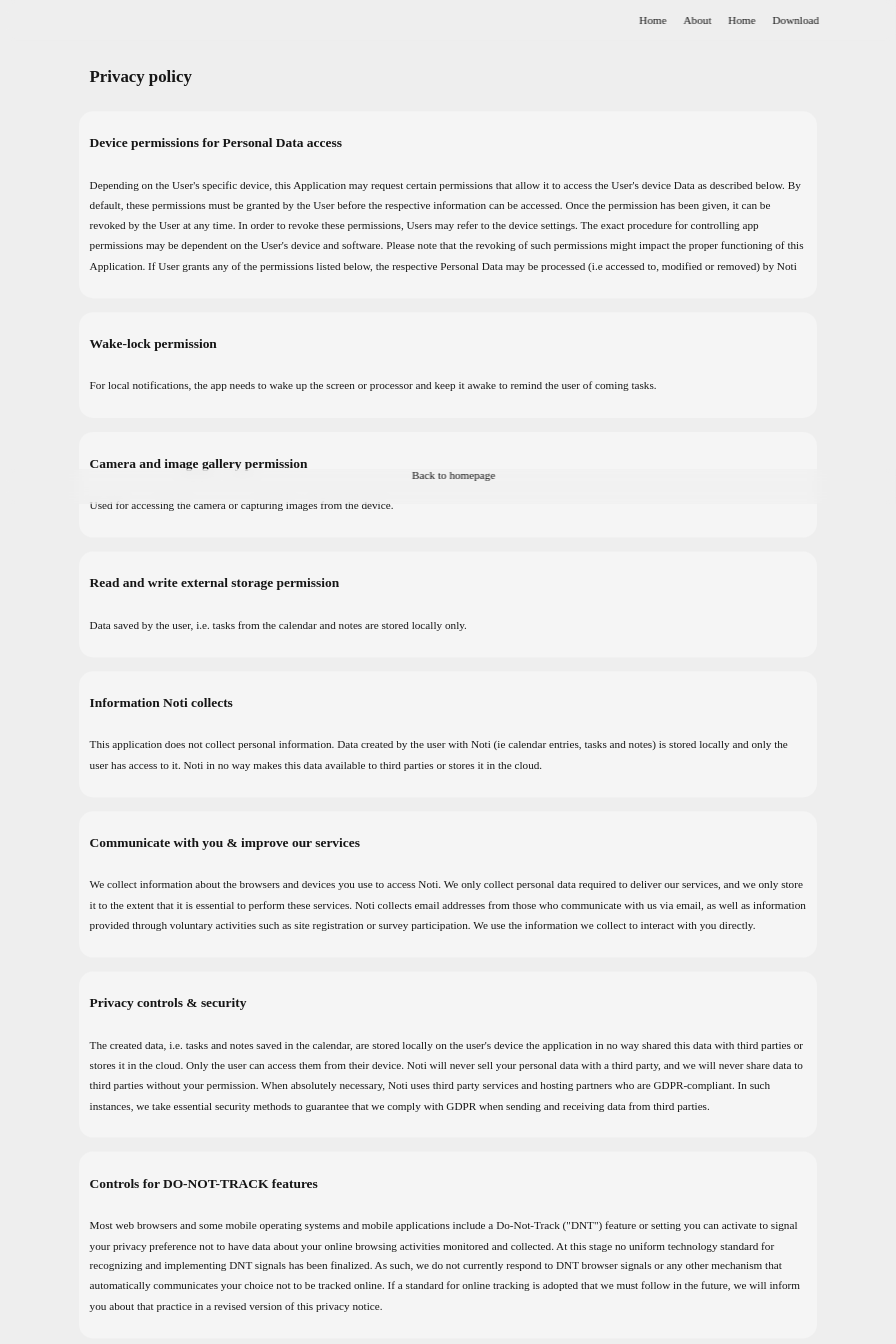
Repository: RafalSiuta/notiweb
Page: policy.html
The author's editor kept a copy of each file at every save. The page is drawn from the files as they stood at one save, then again after the next save.
The browser window is 1280 px wide. The pictures show the part of the page from y = 0 to 1920 px (the page is 3619 px tall before and 3583 px after), at 70% of full size.

Above is the page before, as saved 2024-12-15 03:34:26.

### policy.html
<!DOCTYPE html>
<!--[if lt IE 7]>      <html class="no-js lt-ie9 lt-ie8 lt-ie7"> <![endif]-->
<!--[if IE 7]>         <html class="no-js lt-ie9 lt-ie8"> <![endif]-->
<!--[if IE 8]>         <html class="no-js lt-ie9"> <![endif]-->
<!--[if gt IE 8]>      <html class="no-js"> <!--<![endif]-->
<html>
    <head>
        <meta charset="utf-8">
        <meta http-equiv="X-UA-Compatible" content="IE=edge">
        <title>Noti privacy policy</title>
        <link rel="icon" type="image/x-icon" href="/notiweb/images/favicon.ico">
        <meta name="Noti mobile app privacy policy" content="">
        <meta name="viewport" content="width=device-width, initial-scale=1">
        <!-- <link rel="stylesheet" href="/notiweb/styles/styles.css"> -->
        <link rel="stylesheet" href="/styles/styles.css">
    </head>
    <body>
        <nav>
            <ul>
                <li><a href="index.html">Home</a></li>
                <li><a href="index.html">About</a></li>
                <li><a href="index.html">Home</a></li>
                <li><a href="index.html">Download</a></li>
            </ul>
        </nav>

        <div class="main">
            <header>
                <h1>Privacy policy</h1>
            </header>

            <div class="item">

                <h3>Device permissions for Personal Data access</h3>
                <p>Depending on the User's specific device, this Application may request certain permissions that allow it to access the
                    User's device Data as described below.
                    By default, these permissions must be granted by the User before the respective information can be accessed. Once
                    the
                    permission has been given, it can be revoked by the User at any time. In order to revoke these permissions, Users
                    may
                    refer to the device settings.
                    The exact procedure for controlling app permissions may be dependent on the User's device and software.
                    Please note that the revoking of such permissions might impact the proper functioning of this Application.
                    If User grants any of the permissions listed below, the respective Personal Data may be processed (i.e accessed to,
                    modified or removed) by Noti</p>
            </div>
            <div class="item">
                <h3>Wake-lock permission</h3>
                <p>For local notifications, the app needs to wake up the screen or processor and keep it awake to remind the user of coming
                tasks.</p>
            </div>
            <div class="item">
                <h3>Camera and image gallery permission</h3>
                <p>Used for accessing the camera or capturing images from the device.</p>
            </div>
            <div class="item">
                <h3>Read and write external storage permission</h3>
                <p>Data saved by the user, i.e. tasks from the calendar and notes are stored locally only.</p>
            </div>
            <div class="item">
                <h3>Information Noti collects</h3>
                <p>This application does not collect personal information. Data created by the user with Noti (ie calendar entries,
                tasks
                and notes) is stored locally and only the user has access to it. Noti in no way makes this data available to third
                parties or stores it in the cloud.</p>
            </div>
            <div class="item">
                <h3>Communicate with you & improve our services</h3>
                <p>We collect information about the browsers and devices you use to access Noti.
                We only collect personal data required to deliver our services, and we only store it to the extent that it is
                essential
                to perform these services.
                Noti collects email addresses from those who communicate with us via email, as well as information provided through
                voluntary activities such as site registration or survey participation. We use the information we collect to
                interact
                with you directly.</p>
            </div>
            <div class="item">
                <h3>Privacy controls & security</h3>
                <p>The created data, i.e. tasks and notes saved in the calendar, are stored locally on the user's device
                the application in no way
                shared this data with third parties or stores it in the cloud. Only the user can access them from their device.
                Noti will never sell your personal data with a third party, and we will never share data to third parties without
                your permission. When absolutely necessary, Noti uses third party services and hosting partners who are
                GDPR-compliant. In such instances, we take essential security methods to guarantee that we comply with GDPR when sending
                and receiving data from third parties.</p>
            </div>
            <div class="item">
                <h3>Controls for DO-NOT-TRACK features</h3>
                <p>Most web browsers and some mobile operating systems and mobile applications include a Do-Not-Track ("DNT") feature or
                setting you can activate to signal your privacy preference not to have data about your online browsing activities
                monitored and collected. At this stage no uniform technology standard for recognizing and implementing DNT signals has
                been finalized. As such, we do not currently respond to DNT browser signals or any other mechanism that automatically
                communicates your choice not to be tracked online. If a standard for online tracking is adopted that we must follow in
                the future, we will inform you about that practice in a revised version of this privacy notice.</p>
            </div>
            <div class="item">
                <h3>Delete data</h3>
                <p>The data created with the application can be deleted by selecting the settings icon (the gear icon) and then selecting
                "settings" from the bar menu on the right, and then selecting the tab titled "Recycle Bin" - you can decide after which
                time the data will be deleted. Data is also deleted during the process of uninstalling the application from the device.
                Data from the website, such as the name and e-mail address provided for the newsletter, may be deleted after sending
                information to the contact address with a request to delete the data.</p>
            </div>
            <div class="item">
                <h3>The rights of Users</h3>
                <p>In brief: In some regions, such as the European Economic Area (EEA) and the United Kingdom (United Kingdom), you have
                rights that give you greater access to and control over your personal information. You can review, change or close your
                account at any time. In some regions (such as the EEA and UK) you have certain rights under applicable data protection
                laws. They may include the right - to request access and obtain a copy of your personal data, to request rectification
                or deletion, to limit the processing of your personal data and, where applicable, to transfer data. In certain
                circumstances, you may also have the right to object to the processing of your personal data. To make such a request,
                please use the contact details provided below. We will consider and take action upon request in accordance with
                applicable data protection laws. If we are relying on your consent to process your personal data, you have the right to
                withdraw your consent at any time. Remember, however, that this will not affect the lawfulness of processing prior to
                its withdrawal or the processing of your personal data based on lawful grounds for processing other than consent. If you
                are an EEA or UK resident and you believe that we are processing your personal data unlawfully, you also have the right
                to lodge a complaint with your local data protection supervisory authority <br></p>
            </div>
            <div class="item">
                <h3>Do California residents have specific privacy rights?</h3>
                <p>In brief: Yes, if you live in California you have certain rights to access your personal information. Section 1798.83 of
                the California Civil Code, also known as the "Shine The Light" Act, allows our California users to request and obtain
                from us once a year and free of charge information on the categories of personal information (if any) disclosed to third
                parties for direct marketing purposes as well as the names and addresses of all third parties with whom we shared
                personal data in the immediately preceding calendar year. If you are a California resident and wish to make such a
                request, please send us your request to the email address provided below. If you are under the age of 18, live in
                California and have a registered account, you have the right to request the deletion of unwanted data. To request
                deletion of such data, please contact us using the contact details provided below, providing the email address
                associated with your account and a statement that you live in California. We will make sure that the data is not
                publicly displayed in the Application, however, it should be remembered that this data may not be completely or
                comprehensively removed from all our systems (e.g. backups, etc.).</p>
            </div>
            <div class="item">
                <h3>Cookies</h3>
                <p>Cookies are required on Noti Website. We use them to collect visitors' preferences and thus to better optimize the
                user experience. Users can disable cookies in their browser settings. But please note that our services rely on cookies
                to function properly, and you may not be able to access certain features on our Website after disabling them.</p>
            </div>
            <div class="item">
                <h3>Changes to This Policy</h3>
                <p>If our Privacy Policy is changed in the future, we will not limit your rights under this Privacy Policy without your
                express consent. We always indicate the publication date of the latest changes. If the changes are significant, we will
                send you a more prominent notice (including, for certain services, an email notification of changes to the Privacy
                Policy).
                Please check back periodically to stay informed of any updates or changes to this Privacy Policy. By continuing to
                access and use Noti, you agree to be bound by the revised policy.
                </p>
            </div>
            <div class="item">
                <h3>Contact Us</h3>
                <p>If you have any questions about this Policy, please email us at <b>r85unit@gmail.com</b> with topic: "Privacy Questions”
                in the title line.
                </p>
            </div>
        </div>

        <footer>
            <a class="policy-link" href="index.html">Back to homepage</a>
        </footer>
        <script src="" async defer></script>
    </body>
</html>

### styles/styles.css
@font-face {
    font-family: "Exo-medium";
    src:url("fonts/Exo2-Medium.ttf") format("ttf");
    font-family: "Exo-black";
    src: url("fonts/Exo2-Black.ttf") format("ttf");

}
body {
    background-color: #EEEEEE;

}
nav{
    width: 100vw;
    position: fixed;
    top: 0;
    background-color: rgba(238, 238, 238, 0.5);
    backdrop-filter: blur(10px);
}
 ul{
    width: 80vw;
    margin: 20px auto;
    text-align: right;
}

li{
    display: inline;
    margin: 10px;
}
a {
    color: #161616;
    font-size: 1em;
    text-decoration: none;
    font-family: "Exo-medium";
    z-index: 2;
}
.main{
    display: flex;
    flex-direction: column;
    align-items: center;
    padding: 10px auto;
}

h1, h3{
    font-family: "Exo-black";
    font-size: 1.2em;
    color: #161616;
}

h1{
    font-size: 1.5em;
}

section{
    width: 100vw;
    height: 100vh;
    display: flex;
    justify-content: center;
    align-items: center;
}
footer{
    bottom: 0;
    height: 50px;
    width: 100vw;
    position: fixed;
    text-align: center;
    z-index: 2;
    background-color: rgba(238,238, 238, 0.5);
    backdrop-filter: blur(10px);
}
.policy-link{
    font-family: "Exo-medium";
    font-size: 1em;
    color: #161616;
    padding: 5px;
}
.item {
    display: flex;
    flex-direction: column;
    width: 80vw;
    text-align: left;
    margin: 10px auto;
    background-color: #f5f5f5;
    padding: 15px;
    border-radius: 20px;
}
p{
    line-height: 1.8em;
    font-family: 'Exo-medium';
    color: #161616;
}
header{
    width: 80vw;
    text-align: left;
    margin: 10px auto;
    margin-top: 10vh;

}

After the next save:
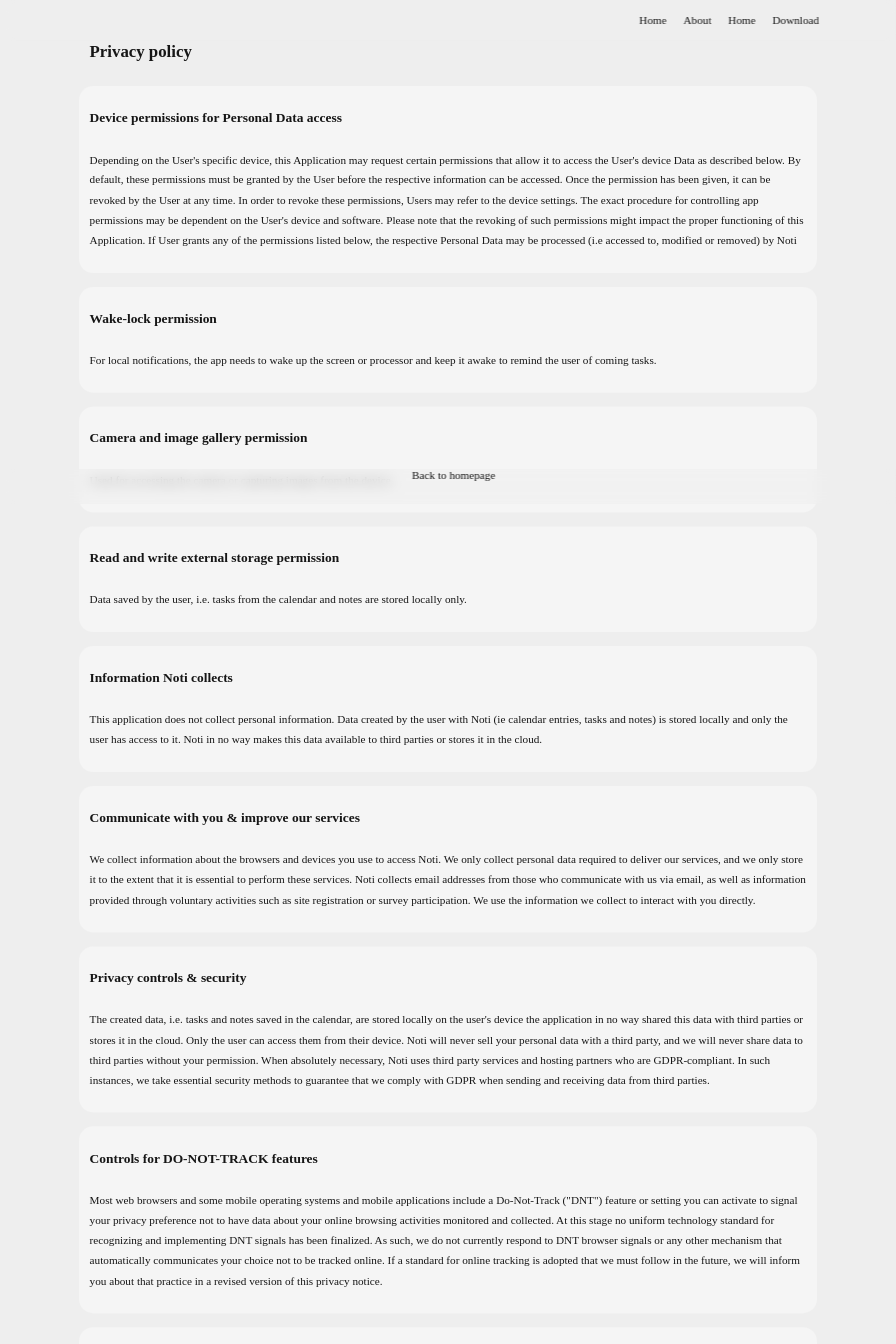
Saved 7 s later.
--- a/styles/styles.css
+++ b/styles/styles.css
@@ -92,6 +92,6 @@
     width: 80vw;
     text-align: left;
     margin: 10px auto;
-    margin-top: 10vh;
+    margin-top: 5vh;
 
 }
